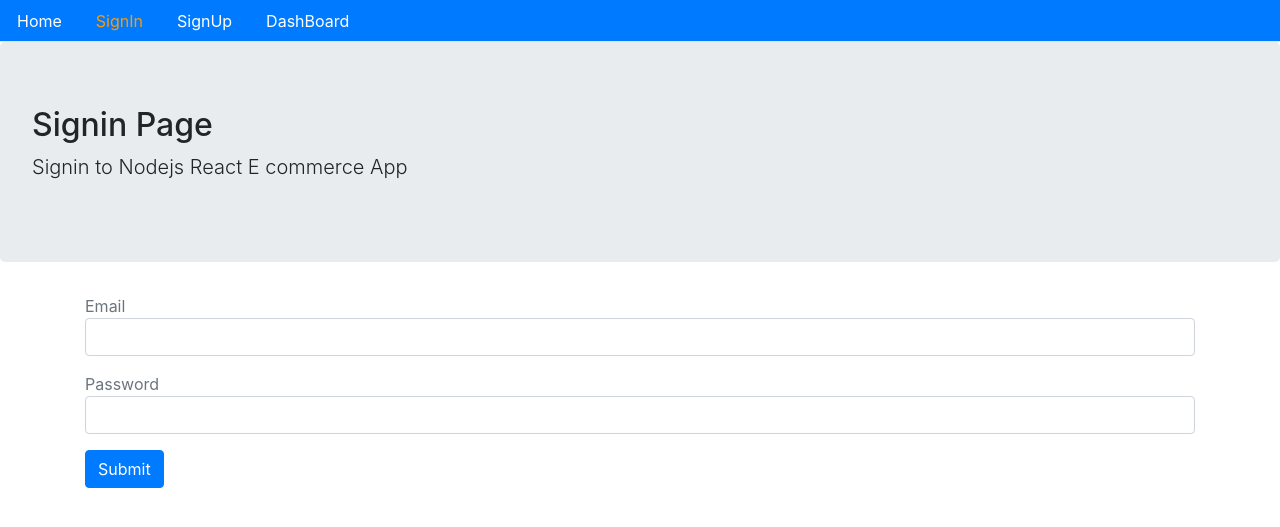
Repository: khanhnguyen1999/E-Commerce
Page: /signin (app in client/)
An editor plug-in stored every save of this project. The page is shown before and after the next save, followed by the edit.
The browser window is 1280 px wide. The pictures show the whole page.
The page's requests for data from a server got no answer. The project was rebuilt for these pictures with package versions that can differ from the ones it lists, and the page was loaded fresh each time. No one was signed in, and anything a server would have sent is missing. Also part of the build but not shown: client/src/user/Signup.js, client/src/Page/apiCore.js, client/src/Page/ShowImage.js, client/src/Page/Cart.js, client/src/Page/Home.js, client/src/user/userDashboard.js, client/src/user/adminDashboard.js, client/src/auth/privateRoute.js and 4 more.

Above is the page before, as saved 2020-09-27 01:49:33.

### client/public/index.html
<!DOCTYPE html>
<html lang="en">
  <head>
    <meta charset="utf-8" />
    <link rel="icon" href="%PUBLIC_URL%/favicon.ico" />
    <meta name="viewport" content="width=device-width, initial-scale=1" />
    <meta name="theme-color" content="#000000" />
    <meta
      name="description"
      content="Web site created using create-react-app"
    />
    <link rel="apple-touch-icon" href="%PUBLIC_URL%/logo192.png" />
    <!--
      manifest.json provides metadata used when your web app is installed on a
      user's mobile device or desktop. See https://developers.google.com/web/fundamentals/web-app-manifest/
    -->
    <link rel="manifest" href="%PUBLIC_URL%/manifest.json" />
    <link rel="stylesheet"
    href="https://maxcdn.bootstrapcdn.com/bootstrap/4.0.0/css/bootstrap.min.css"
    integrity="sha384-Gn5384xqQ1aoWXA+058RXPxPg6fy4IWvTNh0E263XmFcJlSAwiGgFAW/dAiS6JXm"
    crossorigin="anonymous">
    <!--
      Notice the use of %PUBLIC_URL% in the tags above.
      It will be replaced with the URL of the `public` folder during the build.
      Only files inside the `public` folder can be referenced from the HTML.

      Unlike "/favicon.ico" or "favicon.ico", "%PUBLIC_URL%/favicon.ico" will
      work correctly both with client-side routing and a non-root public URL.
      Learn how to configure a non-root public URL by running `npm run build`.
    -->
    <title>React App</title>
  </head>
  <body>
    <noscript>You need to enable JavaScript to run this app.</noscript>
    <div id="root"></div>
    <!--
      This HTML file is a template.
      If you open it directly in the browser, you will see an empty page.

      You can add webfonts, meta tags, or analytics to this file.
      The build step will place the bundled scripts into the <body> tag.

      To begin the development, run `npm start` or `yarn start`.
      To create a production bundle, use `npm run build` or `yarn build`.
    -->
  </body>
</html>

### client/src/index.js
import React from 'react';
import ReactDOM from 'react-dom';
import Routes from './Routes'

ReactDOM.render(<Routes />,document.getElementById('root'));

### client/src/Routes.js
import React from 'react'
import { BrowserRouter, Route ,Switch} from 'react-router-dom'

import Signup from './user/Signup'
import Signin from './user/Signin'
import Home from './Page/Home'
import userDashboard from './user/userDashboard'
import adminDashboard from './user/adminDashboard'
import Private from './auth/privateRoute'
import AdminRoute from './auth/adminRoute'
import AddCategory from './admin/addCategory'
import AddProduct from './admin/addProduct'

export default function Routes(){
    return(
        <BrowserRouter>
            <Switch>
                <Route path="/" exact component={Home}/>
                <Route path="/signin" exact component={Signin}/>
                <Route path="/signup" exact component={Signup}/>
                <Private path="/user/dashboard" exact component={userDashboard}/>
                <AdminRoute path="/admin/dashboard" exact component={adminDashboard} />
                <AdminRoute path="/create/category" exact component={AddCategory} />
                <AdminRoute path="/create/product" exact component={AddProduct} />
            </Switch>
        </BrowserRouter>
    )
}

### client/src/user/SignIn.js
import React,{useState} from 'react'
import Layout from '../Page/Layout'
import {Link, Redirect} from 'react-router-dom'
import {signin,authenticate,isAuthenticated} from '../auth'


export default function Signin(){
    const [values,setValues]=useState({
        email:"",
        password:"",
        error:"",
        loading:false,
        redirectToReferrer:false
    })
    const {email,password,loading,error,redirectToReferrer}=values
    const {user}=isAuthenticated()

    const handleChange = name => e =>{
        setValues({
            ...values,
            error:false,
            [name]:e.target.value
        })
    }
    const handleSubmit = (e) =>{
        e.preventDefault()
        setValues({...values,error:false,loading:true})
        signin({email,password})
        .then(data=>{
            console.log("check ",data)
            if(data.err){
                 setValues({
                     ...values,error:data.err,loading:false,redirectToReferrer:false
                 })
            }
            else{
                authenticate(data,()=>{
                    setValues({
                        ...values,
                        redirectToReferrer:true
                    })
                })
            }
        })
    }
    const showError = ()=>(
        <div className="alert alert-danger" style={{display:error?'':"none"}}>
            {error}
        </div>
    )

    const showLoading = ()=>(
        loading && (<div className="alert alert-info"><h2>Loading...</h2></div>)
    )
    const redirectUser = ()=>{
        if(redirectToReferrer){
            if(user && user.role === 1){
                return <Redirect to="/admin/dashboard"/>
            }else{
                return <Redirect to="/user/dashboard"/>
            }
        }
        if(isAuthenticated()){
            return <Redirect to="/"/>
        }
    }

    const signInForm = ()=>(
        <form>
            <div className="form-group">
                <lable className="text-muted">Email</lable>
                <input value={email} onChange={handleChange("email")} type="email" className="form-control"/>
            </div>
            <div className="form-group">
                <lable className="text-muted">Password</lable>
                <input value={password} onChange={handleChange("password")} type="password" className="form-control"/>
            </div>
            <button onClick={handleSubmit} className="btn btn-primary">Submit</button>
        </form>
    )
    return(
        <Layout title="Signin Page" description="Signin to Nodejs React E commerce App" className="container">
                {showLoading()}
                {showError()}
                {signInForm()}
                {redirectUser()}
        </Layout>
    )
}

### client/src/Page/Layout.js
import React from 'react'
import Menu from './Menu'

export default function Layout({title="Title",description="Description",className ,children}){
    return(
        <>
            <Menu/>
            <div className="jumbotron">
                <h2>{title}</h2>
                <p className="lead">{description}</p>
            </div>
            <div className={className}>
                {children}
            </div>
        </>
    )
}

### client/src/auth/index.js
import {API} from '../config'


export const signup = user =>{
    return fetch(`${API}/signup`,{
        method:"POST",
        headers:{
            Accept: "application/json",
            "Content-Type":"application/json"
        },
        body:JSON.stringify(user)
    })
        .then(res=>{
            return res.json()
        })
        .catch(err=>{
            console.log(err)
        })
}
export const signin = user =>{
    return fetch(`${API}/signin`,{
        method:"POST",
        headers:{
            Accept: "application/json",
            "Content-Type":"application/json"
        },
        body:JSON.stringify(user)
    })
        .then(res=>{
            console.log("check",user)
            return res.json()
        })
        .catch(err=>{
            console.log(err)
        })
}


export const authenticate = (data,next)=>{
    if(typeof window !== 'undefined'){
        localStorage.setItem('jwt',JSON.stringify(data))
        next()
    }
}

export const isAuthenticated = ()=>{
    if(typeof window == "undefined"){
        return false
    }
    if(localStorage.getItem('jwt')){
        return JSON.parse(localStorage.getItem('jwt'))
    }else{
        return false
    }
}

### client/src/Page/Menu.js
import React from 'react'
import {Link,withRouter} from 'react-router-dom'
import {isAuthenticated} from '../auth'


const isActive = (history,path)=>{
    if(history.location.pathname===path){
        return {
            color:'#ff9900'
        }
    }
    else{
        return {
            color:'#fff'
        }
    }
}

function Menu({history}){
    const Logout = ()=>{
        localStorage.removeItem('jwt')
    }
    return(
        <div>
            <ul className="nav nav-tabs bg-primary">
                <li className="nav-item">
                    <Link className="nav-link" to="/" style={isActive(history,'/')}>Home</Link>
                </li>

                    {!isAuthenticated() && (
                        <>
                            <li className="nav-item">
                                <Link className="nav-link" to="/signin" style={isActive(history,'/signin')}>SignIn</Link>
                            </li>
                            <li className="nav-item">
                                <Link className="nav-link" to="/signup" style={isActive(history,'/signup')}>SignUp</Link>
                            </li>
                        </>
                    )
                    }
                     {isAuthenticated() && isAuthenticated().user.role===0?(
                             <li className="nav-item">
                             <Link className="nav-link" to="/user/dashboard" style={isActive(history,'/user/dashboard')}>DashBoard</Link>
                         </li>
                        ):
                        <li className="nav-item">
                        <Link className="nav-link" to="/admin/dashboard" style={isActive(history,'/admin/dashboard')}>DashBoard</Link>
                        </li>
                        }
                    {
                   isAuthenticated() && (
                       <>

                        <li className="nav-item">
                            <Link className="nav-link" to="/signup" onClick={Logout} style={isActive(history,'/logout')}>Logout</Link>
                        </li>
                        </>
                   )
               }
            </ul>
        </div>
    )
}

export default withRouter(Menu)

Loaded but not shown: client/src/config.js (common file)

After the next save:
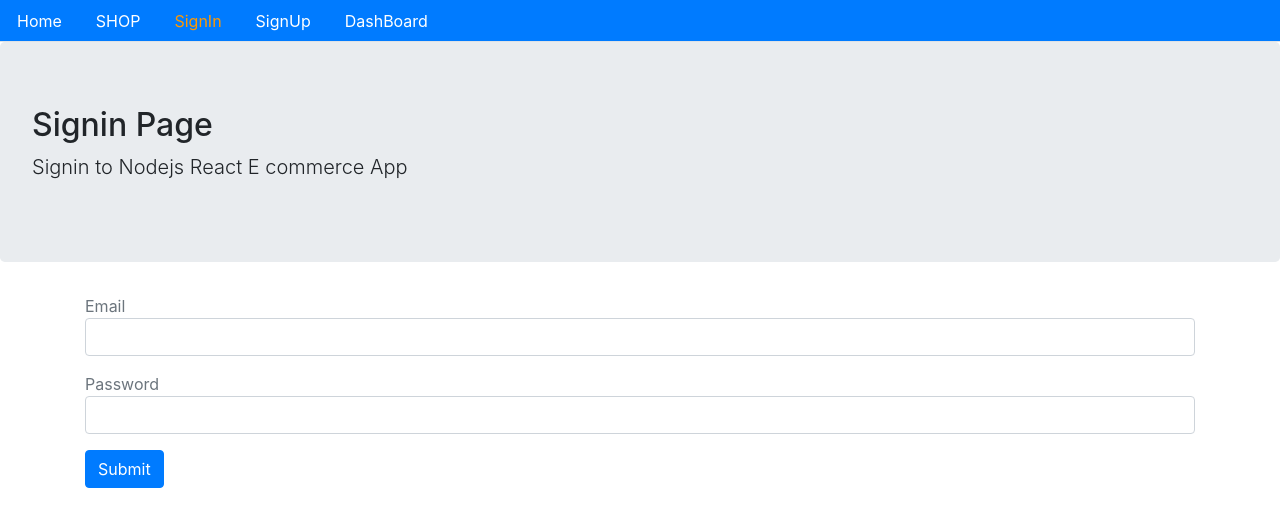
Saved 2 min 58 s later.
--- a/client/src/Page/Menu.js
+++ b/client/src/Page/Menu.js
@@ -25,6 +25,9 @@ function Menu({history}){
             <ul className="nav nav-tabs bg-primary">
                 <li className="nav-item">
                     <Link className="nav-link" to="/" style={isActive(history,'/')}>Home</Link>
+                </li>
+                <li className="nav-item">
+                    <Link className="nav-link" to="/" style={isActive(history,'/shop')}>SHOP</Link>
                 </li>
 
                     {!isAuthenticated() && (
